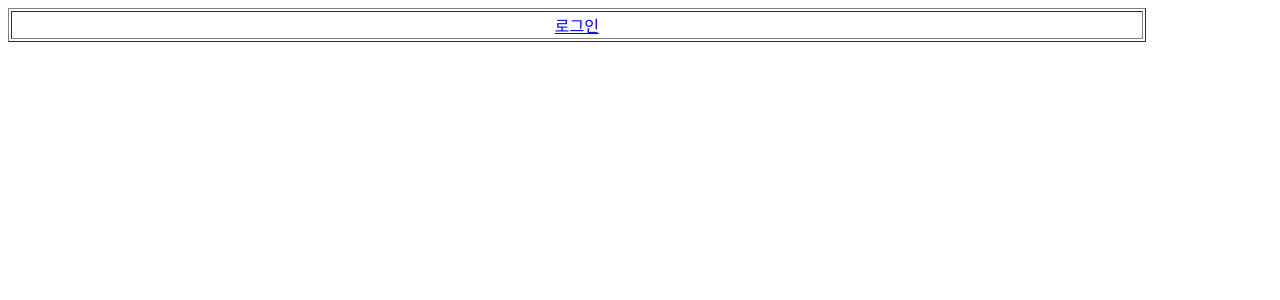
Repository: SteelIndustry/neo
Page: http://localhost/HelloWorld/Common/Link.jsp
An editor plug-in stored every save of this project. The page is shown before and after the next save, followed by the edit.
The browser window is 1280 px wide. The pictures show the whole page.
The page is served by Tomcat 9. Other server files are loaded and not shown.

Above is the page before, as saved 2022-09-06 07:59:43.

### WebJSP/HelloWorld/WebContent/Common/Link.jsp
<%@ page language="java" contentType="text/html; charset=UTF-8"
    pageEncoding="UTF-8"
    trimDirectiveWhitespaces="true"%>
<table border="1" style="width:90%;">
	<tr>
		<td align="center">
		<!-- 로그인 여부에 따른 메뉴 변화 -->
		<% if (session.getAttribute("UserId") == null) { %>
			<a href="/06Session/LoginForm.jsp">로그인</a>
		<% } else { %>
			<a href="/06Session/Logout.jsp">로그아웃</a>
		<% } %>
		</td>
	</tr>
</table>

After the next save:
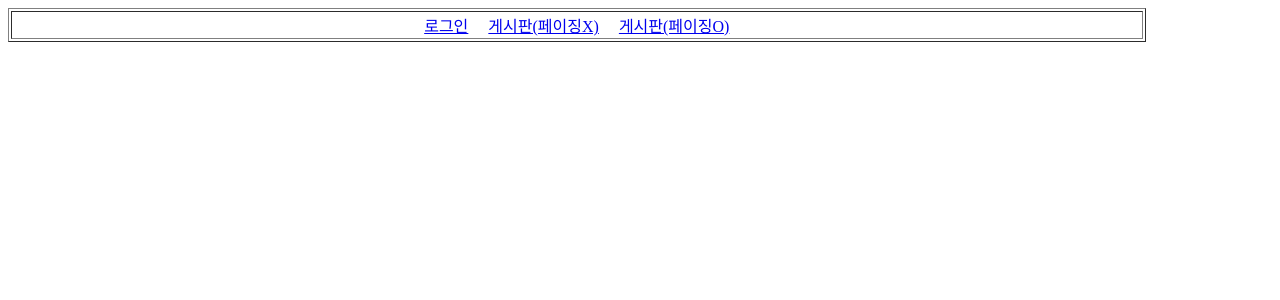
Saved 74 s later.
--- a/WebJSP/HelloWorld/WebContent/Common/Link.jsp
+++ b/WebJSP/HelloWorld/WebContent/Common/Link.jsp
@@ -10,6 +10,11 @@
 		<% } else { %>
 			<a href="/06Session/Logout.jsp">로그아웃</a>
 		<% } %>
+			<!-- 회원제 게시판 -->
+			&nbsp;&nbsp;&nbsp;
+			<a href="/08Board/List.jsp">게시판(페이징X)</a>
+			&nbsp;&nbsp;&nbsp;
+			<a href="/09PagingBoard/List.jsp">게시판(페이징O)</a>
 		</td>
 	</tr>
 </table>
